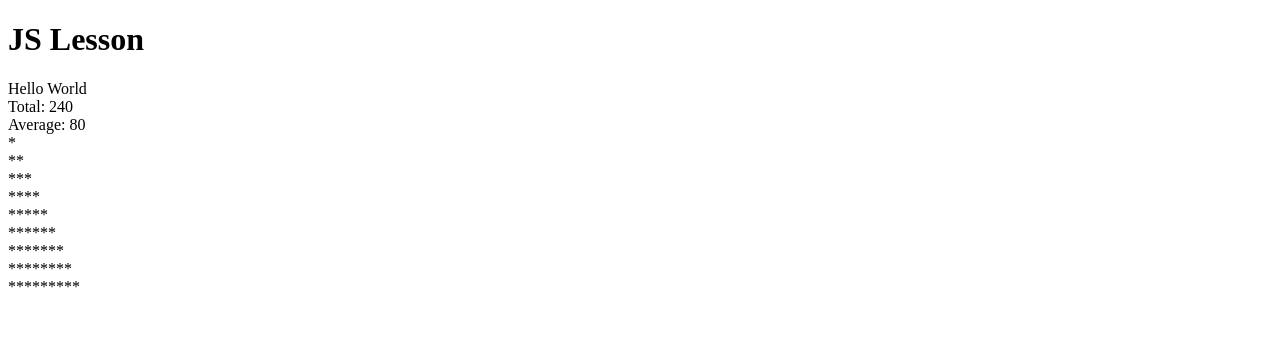
Repository: Haakim19/JavaScript
Page: index2.html
The author's editor kept a copy of each file at every save. The page is drawn from the files as they stood at one save, then again after the next save.
The browser window is 1280 px wide. The pictures show the whole page.

Above is the page before, as saved 2024-11-06 15:28:06.

### index2.html
<!DOCTYPE html>
<html lang="en">
<head>
    <meta charset="UTF-8">
    <meta name="viewport" content="width=device-width, initial-scale=1.0">
    <title>JavaScript-lesson</title>
</head>
<body>
    <h1>JS Lesson</h1>
    <script>
        // alert('Hello World');
        console.log('Hello World');
        document.write('Hello World');
        var sub1 = 70;
        var sub2 = 80;
        var sub3 = 90;
        var total = sub1 + sub2 + sub3;
        var avg = total / 3;
        document.write('<br>');
        document.write('Total: ' + total);
        document.write('<br>');
        document.write('Average: ' + avg);
        for (let i = 0; i < 10; i++) {
            for (let j = 0 ; j < i; j++){
                document.write('*');
            }
            document.write('<br>');

        }
    </script>
</body>
</html>

After the next save:
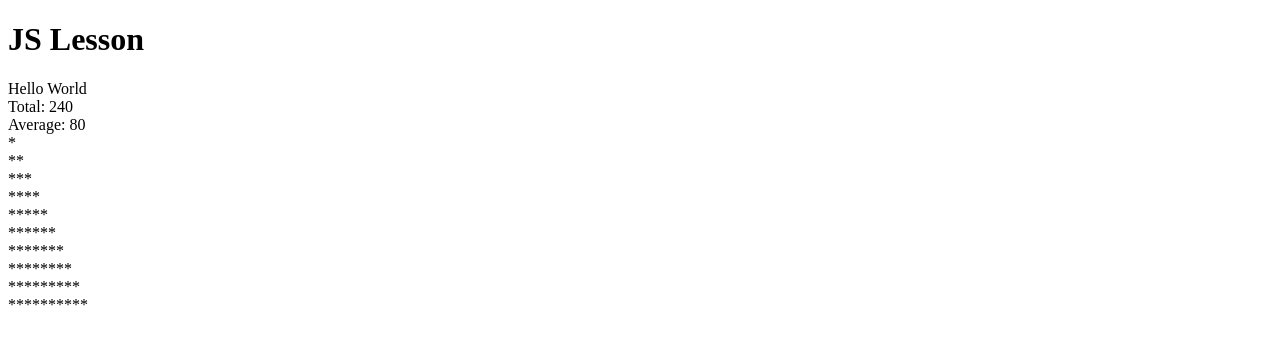
Saved 10 s later.
--- a/index2.html
+++ b/index2.html
@@ -20,7 +20,7 @@
         document.write('Total: ' + total);
         document.write('<br>');
         document.write('Average: ' + avg);
-        for (let i = 0; i < 10; i++) {
+        for (let i = 0; i < 11; i++) {
             for (let j = 0 ; j < i; j++){
                 document.write('*');
             }
